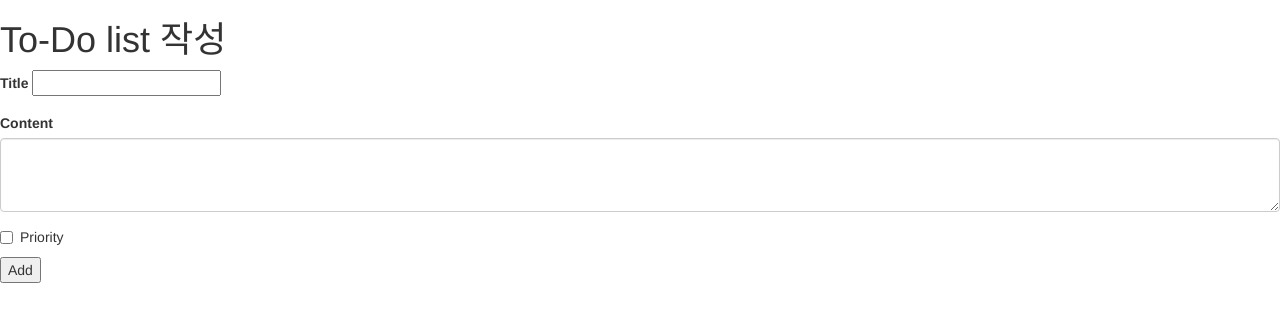
Repository: qudgns200/Toy_01_ToDoList
Page: http://localhost/ToDoList/jsp/writeForm.jsp
The author's editor kept a copy of each file at every save. The page is drawn from the files as they stood at one save, then again after the next save.
The browser window is 1280 px wide. The pictures show the whole page.
The page is served by Tomcat 9. Nobody is signed in. The application's start-up code is not run.

Above is the page before, as saved 2019-11-07 04:44:19.
Console error (its wording comes from the project's code and is left out).

After the next save:
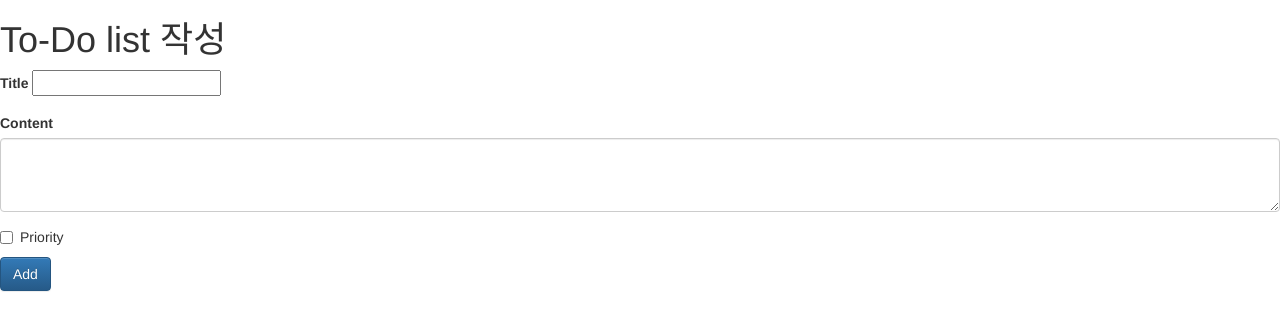
Saved 54 s later.
--- a/ToDoList/WebContent/jsp/writeForm.jsp
+++ b/ToDoList/WebContent/jsp/writeForm.jsp
@@ -31,7 +31,7 @@
 		  </label>
 		</div>
 
-		<button type="submit">Add</button>
+		<button type="submit" class="btn btn-primary">Add</button>
 
 		<div class="spacer"></div>
 	</form>
